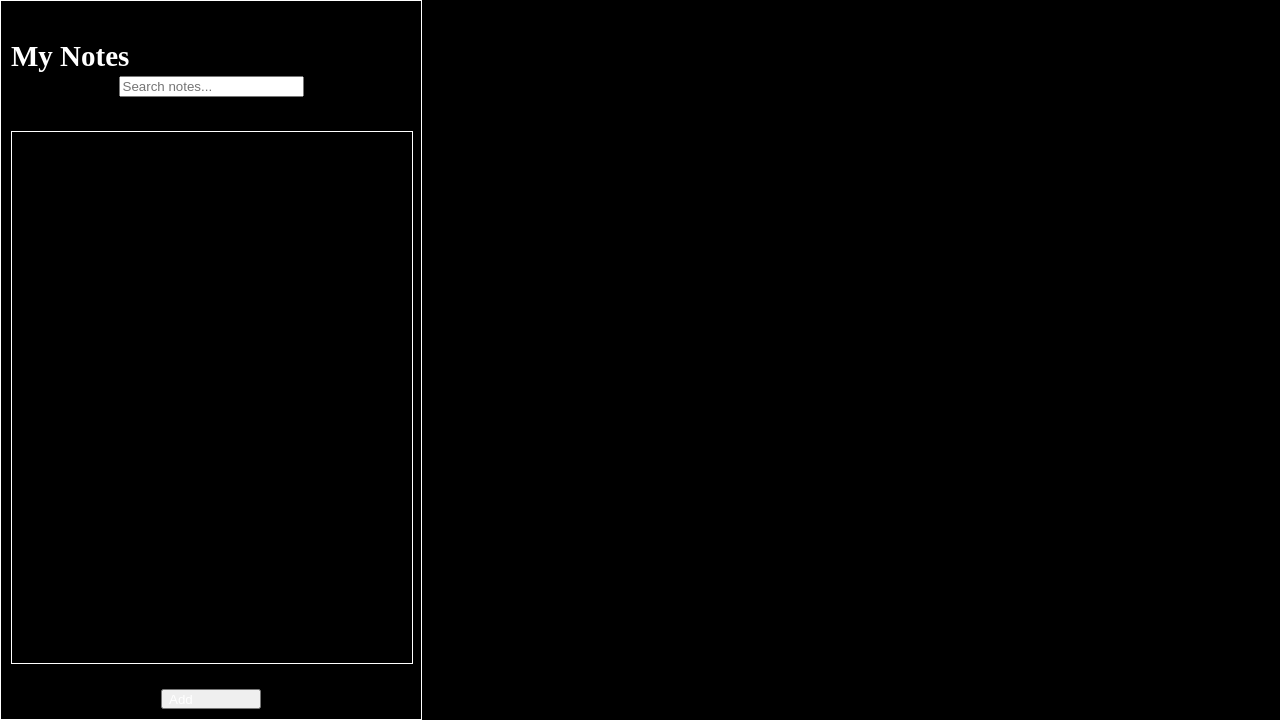
Repository: dmpelaez/myNotes
Page: QuickNotes.html
An editor plug-in stored every save of this project. The page is shown before and after the next save, followed by the edit.
The browser window is 1280 px wide. The pictures show the whole page.

Above is the page before, as saved 2025-12-18 20:41:19.

### QuickNotes.html
<!DOCTYPE html>

  <html>

    <head>

      <title>Quick Notes</title>

      <!--CSS LINK-->
      <link rel="stylesheet" href="QuickNotes.css">
    </head>
    <body>

      <aside class="aside-section">

        <!--My notes part-->
        <div class="myNotes">
          <p class="my-notes-text">My Notes</p>
        </div>
        <!--Search notes-->
        <div class="input-box">
          <input class="input" placeholder="Search notes...">
        </div>
        <!--Notes-->
        <div class="note-list"></div>
        <!--add button-->
        <button class="add-button">Add</button>

      </aside>


    </body>

  </html>

### QuickNotes.css
body {
  margin: 0;
  padding: 0;
  background: black;
  box-sizing: border-box;
}
* {
  color: rgb(255, 255, 255);
}
.aside-section {
  border: 1px solid white;
  display: grid;
  width: 400px;
  position: fixed;
  bottom: 0;
  top: 0;
  grid-template-rows: 40px 30px 1fr 20px;
  padding: 10px;
  gap: 25px;

}
.note-list {
  border: 1px solid white;
  width: 100%;
}

.my-notes-text {
  font-weight: bold;
  font-size: 29px;
}

.input {
  color: black;
  display: flex;
  align-self: center;
  justify-self: center;
}
.add-button {
  width: 100px;
  display: flex;
  justify-self: center;
}

After the next save:
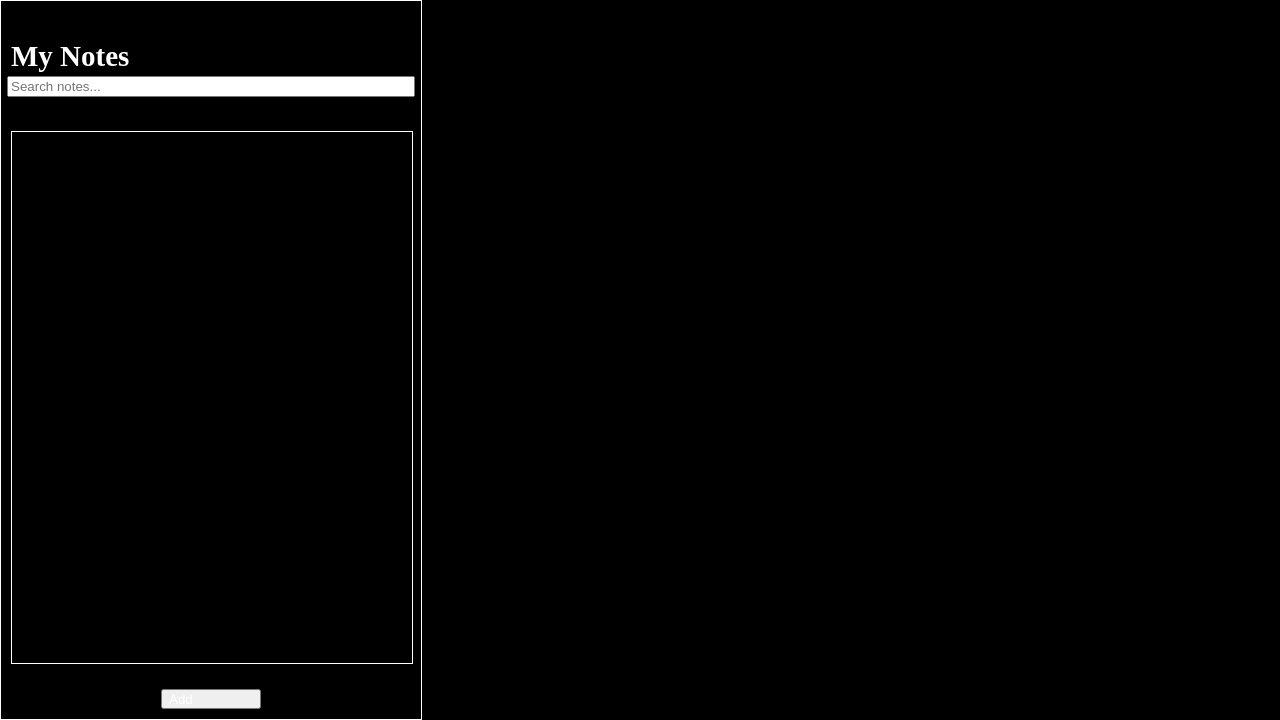
Saved 8 s later.
--- a/QuickNotes.css
+++ b/QuickNotes.css
@@ -34,6 +34,7 @@ body {
   display: flex;
   align-self: center;
   justify-self: center;
+  Width: 100%;
 }
 .add-button {
   width: 100px;
